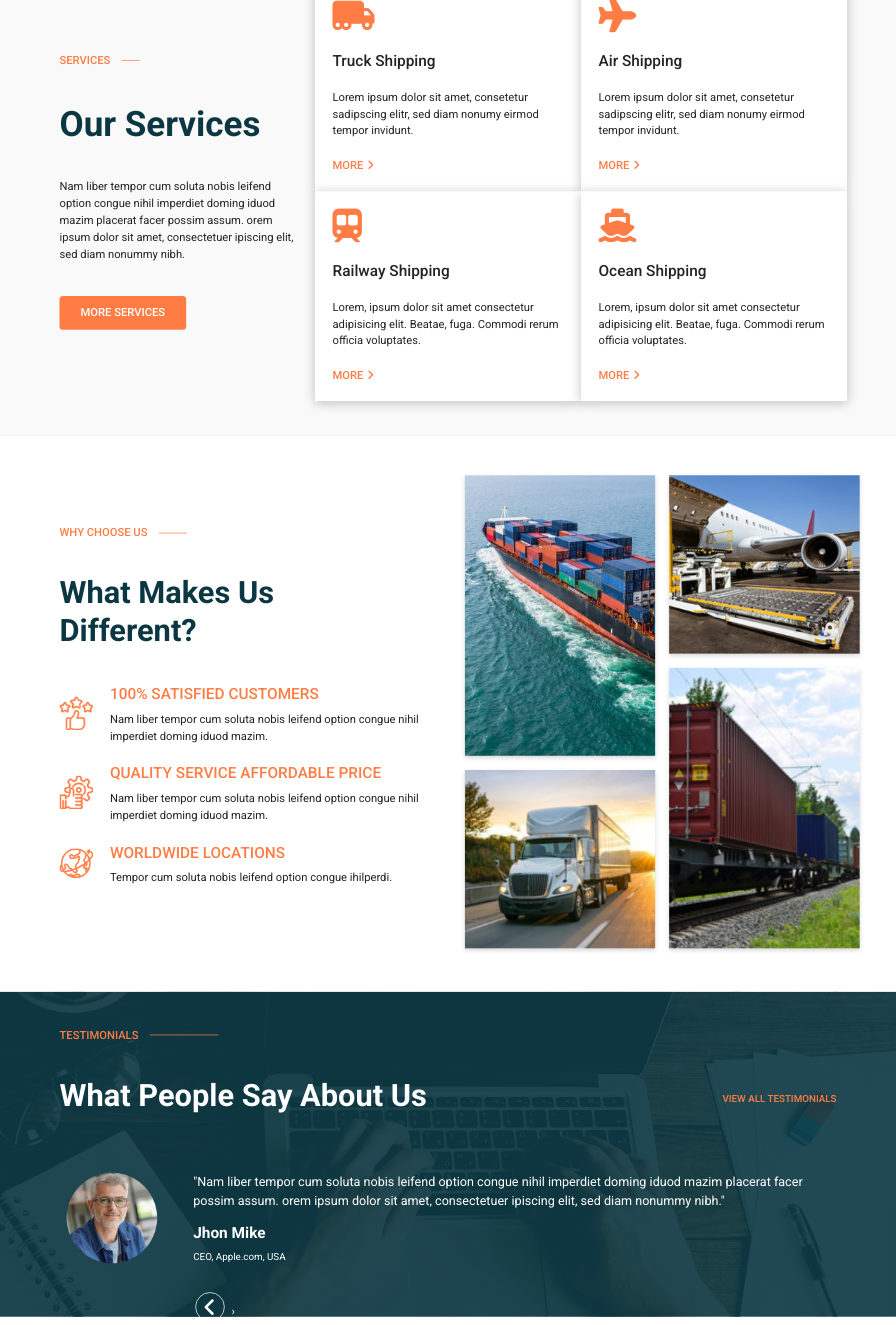
Repository: nazmulalok/shipping-theme
Page: index.html
The author's editor kept a copy of each file at every save. The page is drawn from the files as they stood at one save, then again after the next save.
The browser window is 1280 px wide. The pictures show the part of the page from y = 1790 to 3710 px (the page is 3683 px tall before and 3710 px after), at 70% of full size.
Some web libraries are served in a nearby version.

Above is the page before, as saved 2022-10-09 12:49:59.

After the next save:
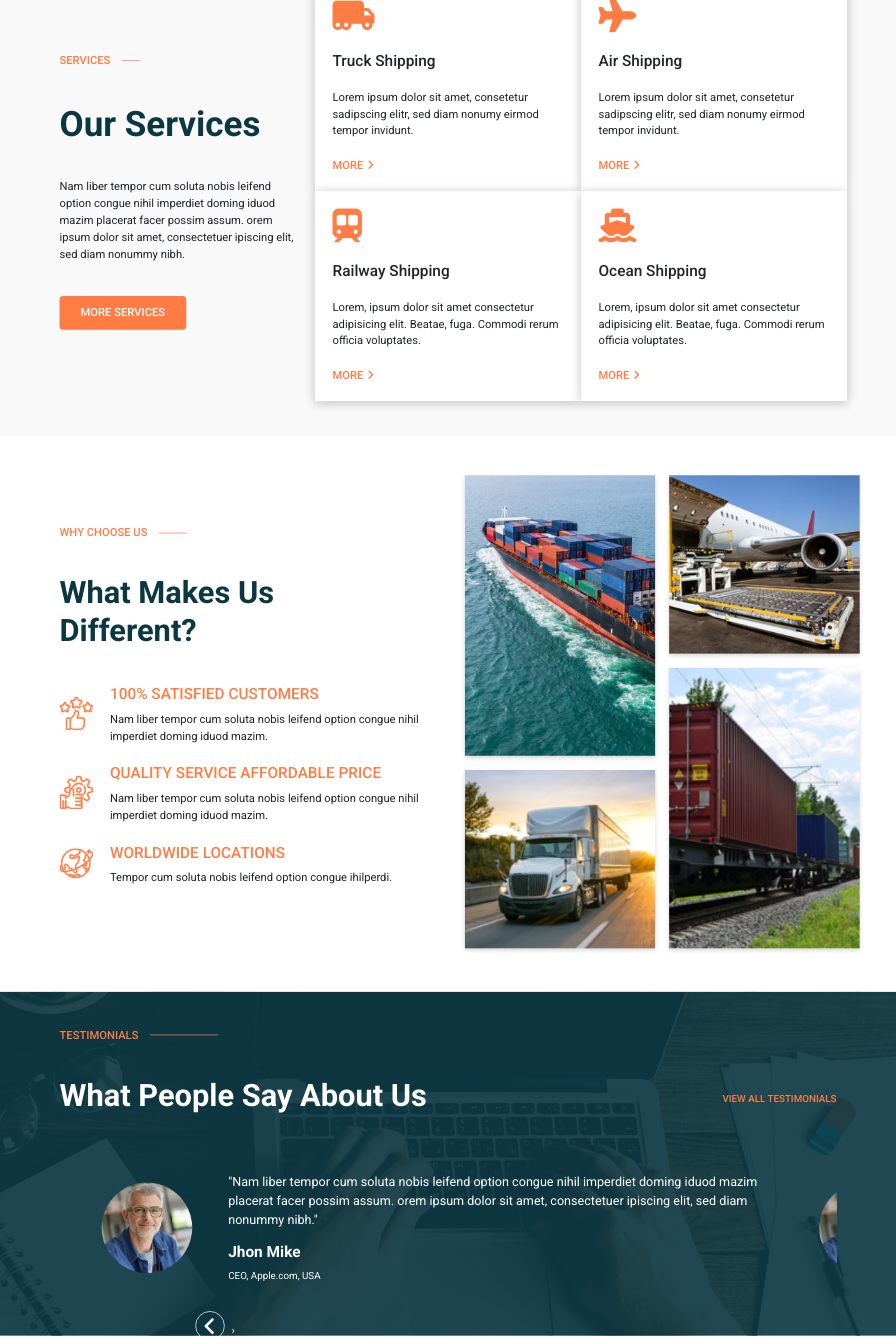
Saved 34 s later.
--- a/script.js
+++ b/script.js
@@ -1,6 +1,7 @@
 $('.owl-carousel').owlCarousel({
     margin: 15,
     loop: true,
+    stagePadding: 50,
     nav: true,
     items: 3,
     autoplay: true,

After the save that followed:
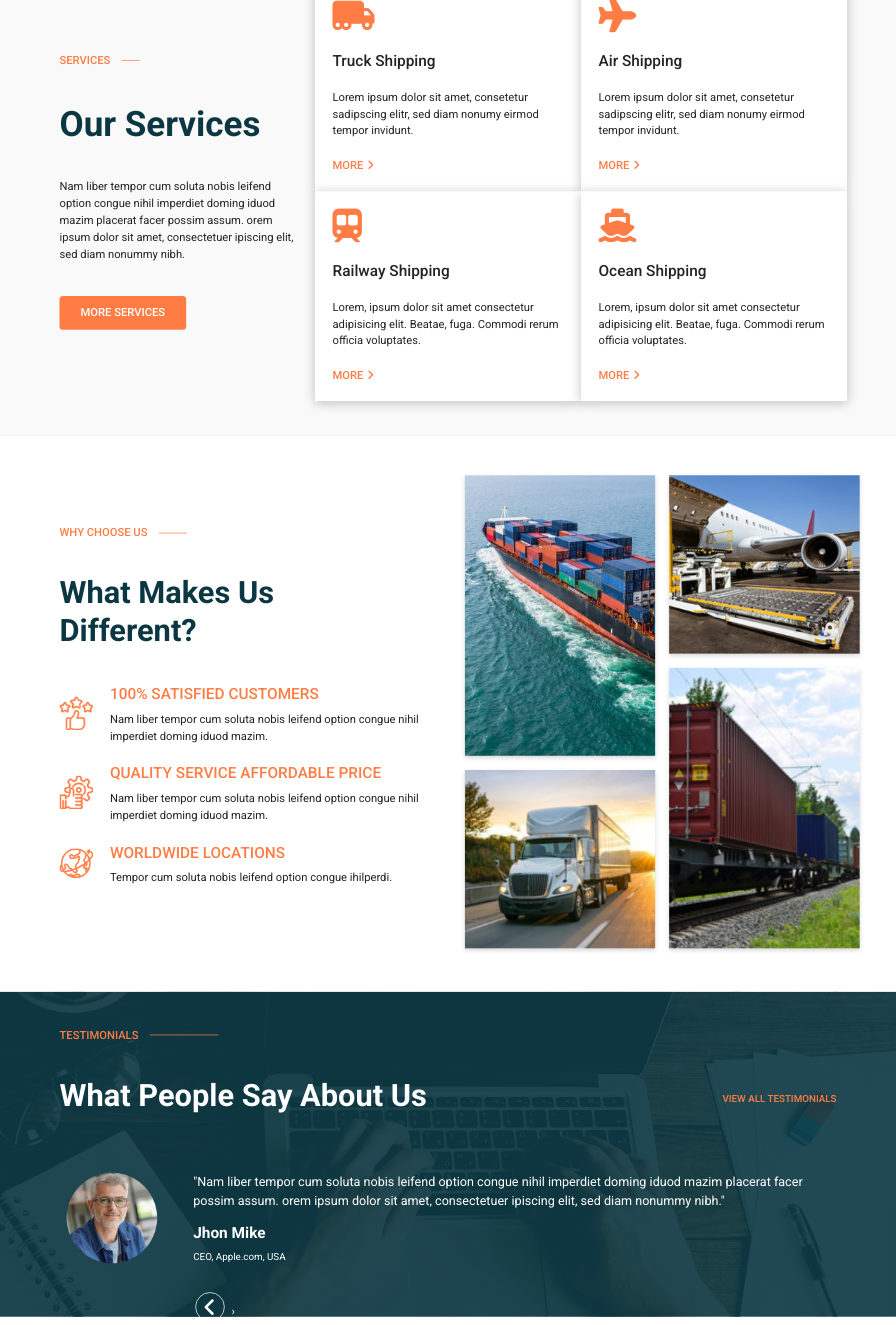
Saved 17 s later.
--- a/script.js
+++ b/script.js
@@ -1,7 +1,6 @@
 $('.owl-carousel').owlCarousel({
     margin: 15,
     loop: true,
-    stagePadding: 50,
     nav: true,
     items: 3,
     autoplay: true,
